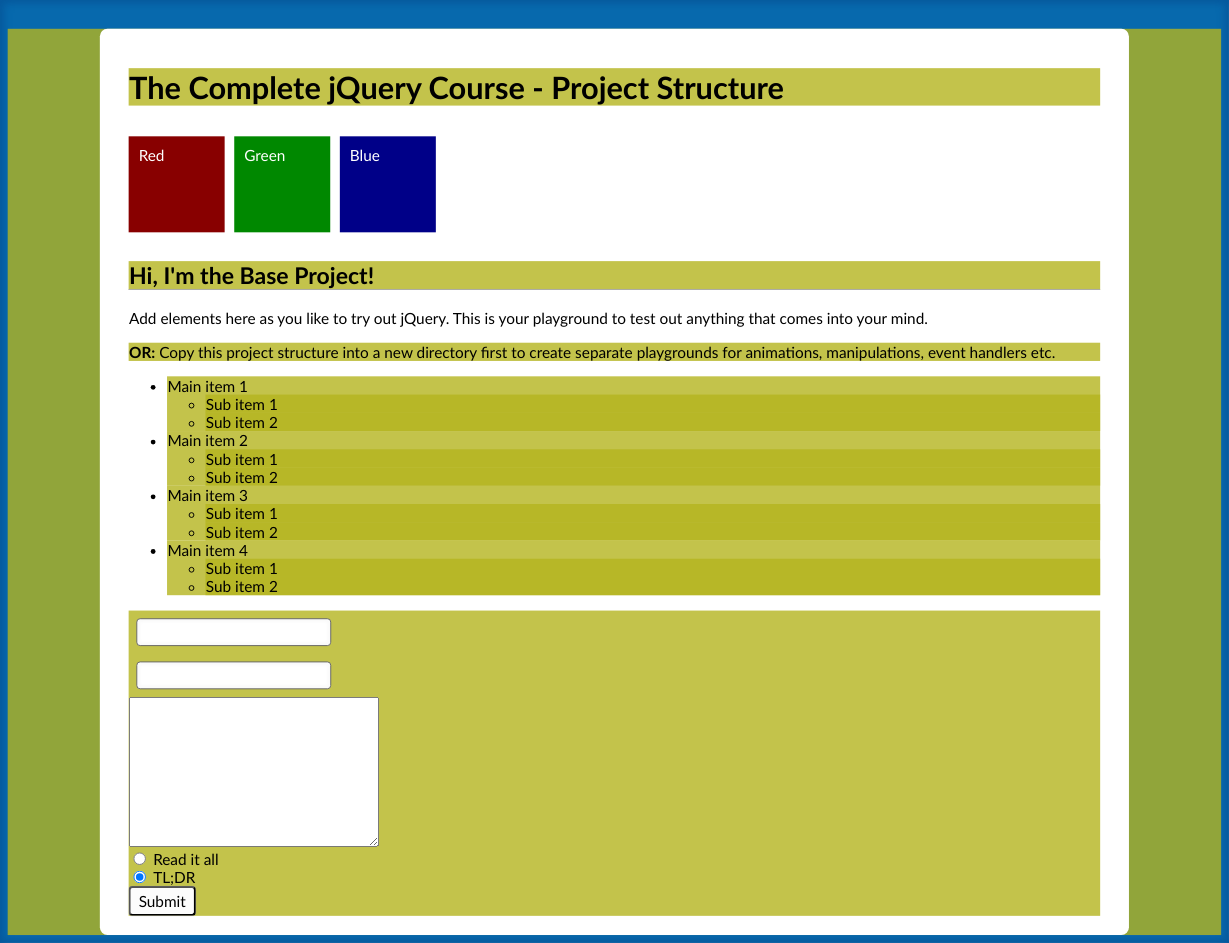
Repository: vpriyankaprabhu/Jquery-examples
Page: 03/traversals/index.html
An editor plug-in stored every save of this project. The page is shown before and after a run of saves, followed by the edit.
The browser window is 1280 px wide. The pictures show the whole page, at 96% of full size.

Above is the page before, as saved 2024-12-28 22:02:35.

After the next 2 saves:
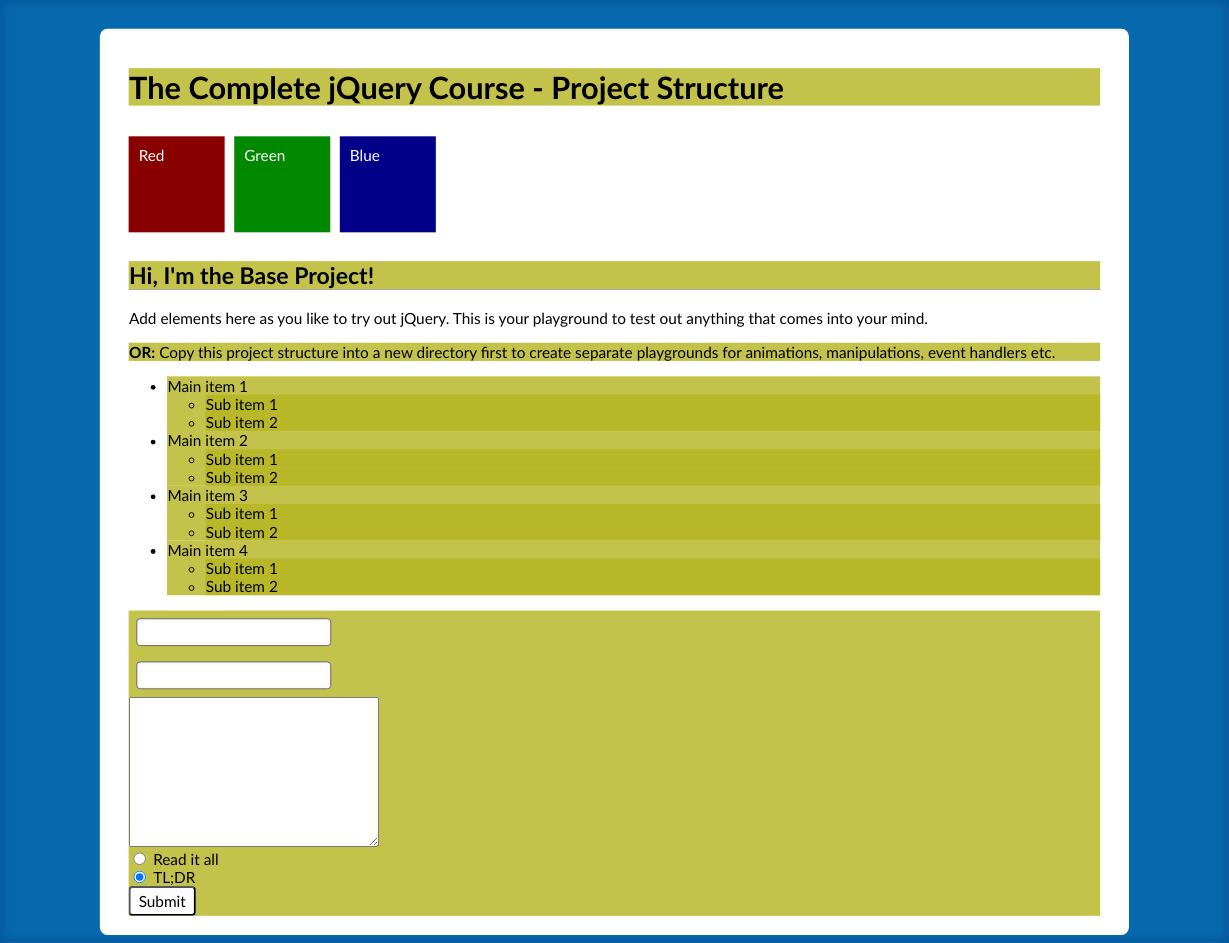
The 2 saves are shown as one change because they came seconds apart.
The last was saved 20 h 20 min later.
--- a/03/traversals/js/script.js
+++ b/03/traversals/js/script.js
@@ -11,12 +11,12 @@
   // Select the #list and find only <li> that are *direct* children
   // Note that this will still produce a yellow background around the whole list
   // because the direct children <li> have enough height to contain their children
-  var children = $("#list").children("li");
-  highlight(children);
+  // var children = $("#list").children("li");
+  // highlight(children);
 
   // Search for even non-direct parents
-  var body = $("#list").parents("body");
-  highlight(body);
+  // var body = $("#list").parents("body");
+  // highlight(body);
 
   // Select the (unique) direct parent of an element
   var content = $("#list").parent();
